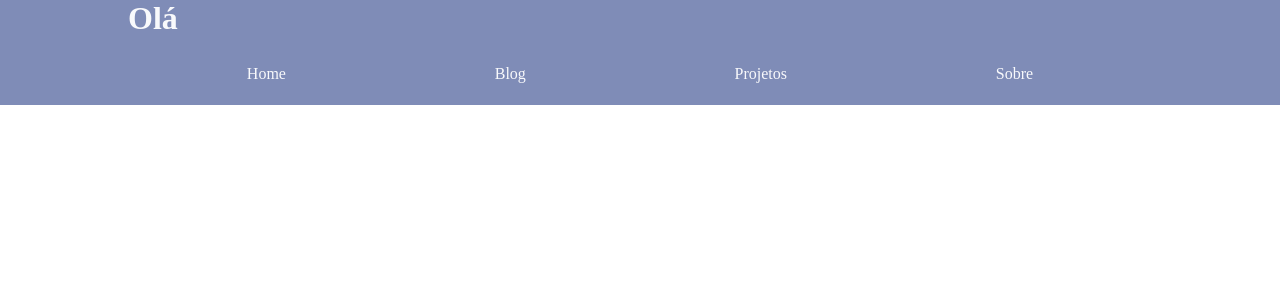
Repository: SauloMorais01/mysitefront-end
Page: index.html
An editor plug-in stored every save of this project. The page is shown before and after the next save, followed by the edit.
The browser window is 1280 px wide. The pictures show the whole page.

Above is the page before, as saved 2024-10-31 21:40:26.

### index.html
<!DOCTYPE html>
<html lang="en">
<head>
    <meta charset="UTF-8">
    <meta name="viewport" content="width=device-width, initial-scale=1.0">
    <title>Titulo - status</title>
    <link rel="stylesheet" href="./src/css/style.css">
</head>
<body>
    <header class="primary-color hd-color-white">
        <div class="container">
            <h1>Olá</h1>
        </div>
    </header>

    <section id="menu" class="sticky-top primary-color hd-color-white">
            <div class="container center">
                <a href="/">Home</a>
                <a href="/">Blog</a>
                <a href="/">Projetos</a>
                <a href="/">Sobre</a>
            </div>
    </section>


    <script src="./src/js/main.js"></script>
</body>
</html>

### src/css/style.css
/* Primary configs */
:root {
    /* Colors */
    /* Bases */
    --primary-color: 226, 100%, 22%,;
    --secondary-color: 184, 86%, 66%,;
    --body-color: 0, 0%, 100%,;
    --white-color: 0, 0%, 100%,;
    --black-color: 0, 0%, 0%,;
    /* End Bases */

    /* Variations colors */
    --primary-color-normal: hsla(var(--primary-color) 0.95);
    --primary-color-medium: hsla(var(--primary-color) 0.5);
    --primary-color-light: hsla(var(--primary-color) 0.250);

    --secondary-color-normal: hsla(var(--secondary-color) 0.95);
    --secondary-color-medium: hsla(var(--secondary-color) 0.5);
    --secondary-color-light: hsla(var(--secondary-color) 0.250);

    --body-color-normal: hsla(var(--body-color) 0.95);
    --body-color-medium: hsla(var(--body-color) 0.5);
    --body-color-light: hsla(var(--body-color) 0.250);

    --black-color-normal: hsla(var(--black-color) 0.95);
    --black-color-medium: hsla(var(--black-color) 0.5);
    --black-color-light: hsla(var(--black-color) 0.250);

    --white-color-normal: hsla(var(--white-color) 0.95);
    --white-color-medium: hsla(var(--white-color) 0.5);
    --white-color-light: hsla(var(--white-color) 0.250);
    /* End variations colors */
    /* End Colors */

    /* Conf Sizes */
    --container-larger-l: 80%;
    --container-larger-m: 80%;
    --container-larger-s: 80%;
    --container-tablet: 90%;
    --container-small-d: 95%;
    --grid-width: 20%;
    --grid-height: 20%;
    /* End conf Sizes */
}

/* Global */
* {
    box-sizing: border-box;
    margin: 0;
    padding: 0;
}
/* End global */

/* pagina */
body {
    background: var(--body-color-normal);
}

a {
    list-style: none;
    text-decoration: none;
}
/* end pagina */

/* Utils */
.sticky-top {
    position: sticky;
    top: 0;
}

.center {
    text-align: center;
}

.right {
    text-align: right;
}

.left {
    text-align: left;
}

.grid-temp {
    width: var(--grid-width); height: var(--grid-height);
    display: grid;
    grid-template-columns: repeat(4, 1fr);
    grid-template-rows: repeat(4, 1fr);
}

.primary-color{
    background: var(--primary-color-medium);
}

.secondary-color{
    background: var(--secondary-color-normal);
}

.hd-color-black {
    color: var(--black-color-normal);
}

.hd-color-white {
    color: var(--white-color-normal);
}

.hidden {
    display: none;
}
/* End utils */



/* Responsividade */

@media (max-width: 575.99px) {
    .container {
        margin: 0 auto;
        width: var(--container-small-d);
    }

    header {
        height: 35px;
    }

    #menu {
        height: 40px;
    }

    #menu a {
        color: var(--white-color-normal);
        margin: 5px 5%;
        padding: 10px 5%;
    }

    #menu a:hover {
        background-color: var(--secondary-color-light);
        border-radius: 5px;
    }
}

@media (min-width: 576px) {
    .container {
        margin: 0 auto;
        width: var(--container-small-d);
    }

    header {
        height: 35px;
    }

    #menu {
        height: 40px;
    }

    #menu a {
        color: var(--white-color-normal);
        margin: 5px 5%;
        padding: 10px 5%;
    }

    #menu a:hover {
        background-color: var(--secondary-color-light);
        border-radius: 5px;
    }
}

/* Medium devices (tablets, 768px and up) */
@media (min-width: 768px) {
    .container {
        margin: 0 auto;
        width: var(--container-tablet);
    }

    header {
        height: 45px;
    }

    #menu {
        height: 40px;
    }

    #menu a {
        color: var(--white-color-normal);
        margin: 5px 5%;
        padding: 10px 5%;
    }

    #menu a:hover {
        background-color: var(--secondary-color-light);
        border-radius: 5px;
    }
}

/* Large devices (desktops, 992px and up) */
@media (min-width: 992px) {
    .container {
        margin: 0 auto;
        width: var(--container-larger-s);
    }

    header {
        height: 55px;
    }

    #menu {
        height: 40px;
    }

    #menu a {
        color: var(--white-color-normal);
        margin: 5px 5%;
        padding: 10px 5%;
    }

    #menu a:hover {
        background-color: var(--secondary-color-light);
        border-radius: 5px;
    }
}

/* X-Large devices (large desktops, 1200px and up) */
@media (min-width: 1200px) {
    .container {
        margin: 0 auto;
        width: var(--container-larger-m);
    }

    header {
        height: 65px;
    }

    #menu {
        height: 40px;
    }

    #menu a {
        color: var(--white-color-normal);
        margin: 5px 5%;
        padding: 10px 5%;
    }

    #menu a:hover {
        background-color: var(--secondary-color-light);
        border-radius: 5px;
    }
}

/* XX-Large devices (larger desktops, 1400px and up) */
@media (min-width: 1400px) {
    .container {
        margin: 0 auto;
        width: var(--container-larger-l);
    }

    header {
        height: 75px;
    }

    #menu {
        height: 40px;
    }

    #menu a {
        color: var(--white-color-normal);
        margin: 5px 5%;
        padding: 10px 5%;
    }

    #menu a:hover {
        background-color: var(--secondary-color-light);
        border-radius: 5px;
    }
}
/* End responsividade */

Loaded but not shown: src/js/main.js (no copy from this time; the picture is the same without it)

After the next save:
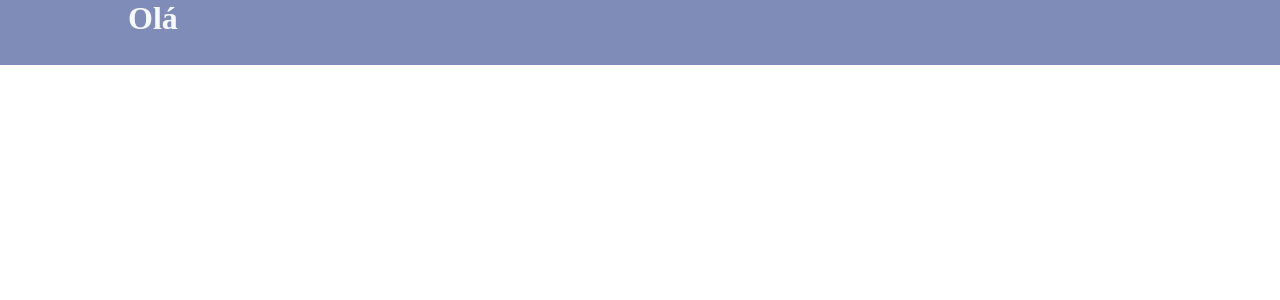
Saved 55 s later.
--- a/src/css/style.css
+++ b/src/css/style.css
@@ -124,6 +124,7 @@ a {
 
     #menu {
         height: 40px;
+        display:none;
     }
 
     #menu a {
@@ -150,6 +151,7 @@ a {
 
     #menu {
         height: 40px;
+        display:none;
     }
 
     #menu a {
@@ -177,6 +179,7 @@ a {
 
     #menu {
         height: 40px;
+        display:none;
     }
 
     #menu a {
